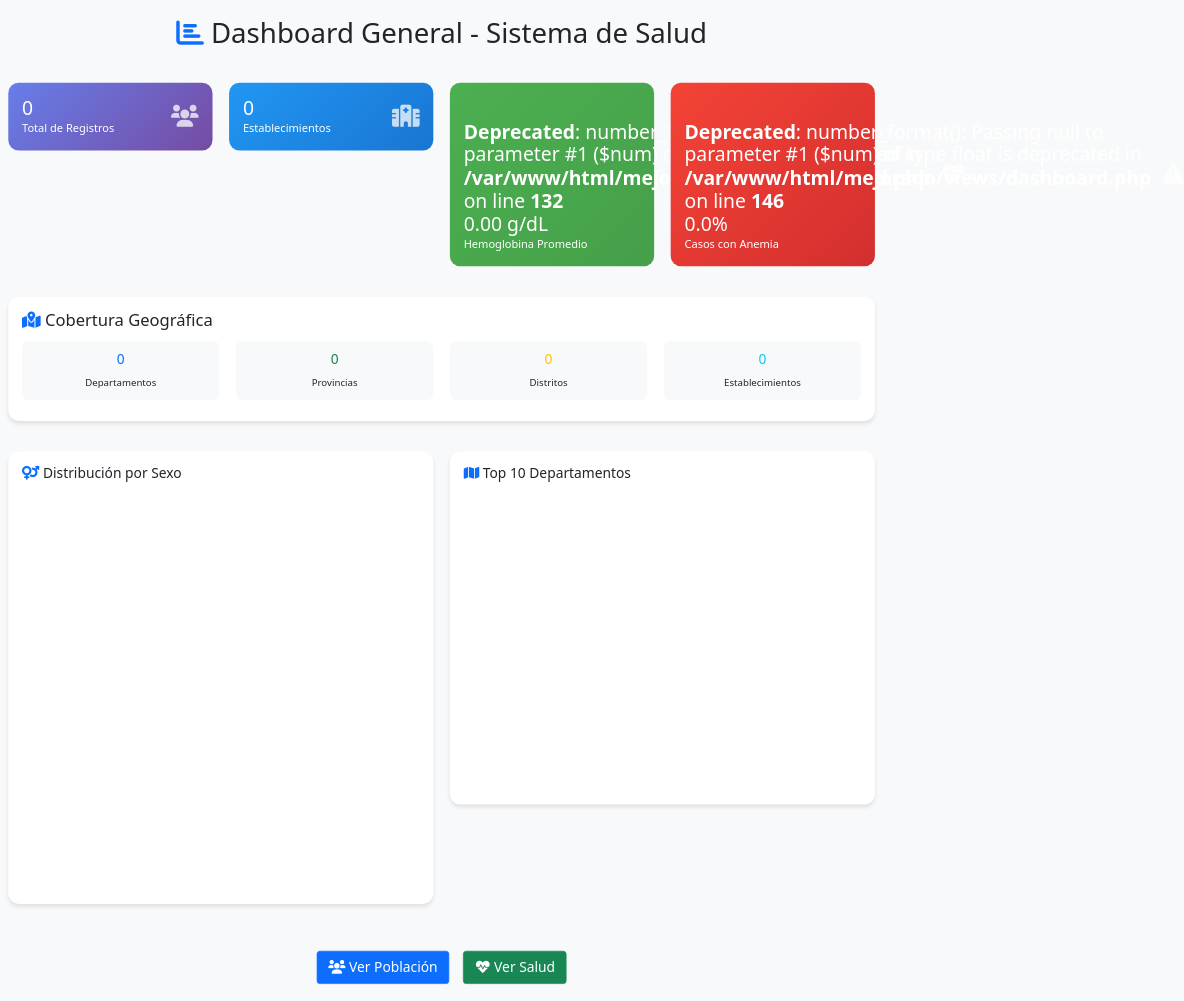
Repository: jayler10/datos_salud_peru
Page: http://localhost/mejorado/views/dashboard.php
The author's editor kept a copy of each file at every save. The page is drawn from the files as they stood at one save, then again after the next save.
The browser window is 1280 px wide. The page is 1716 px wide, then 1280 px, then 1716 px, so the pictures cover 1716 px, including what lies to the right of the window. The pictures show the whole page, at 69% of full size.
The page is run by PHP 8.4 with error messages shown; the project is at /var/www/html/. Queries for data that is not in the repository find no rows.

Above is the page before, as saved 2025-05-28 09:50:06.
Console error (its wording comes from the project's code and is left out).

After the next save:
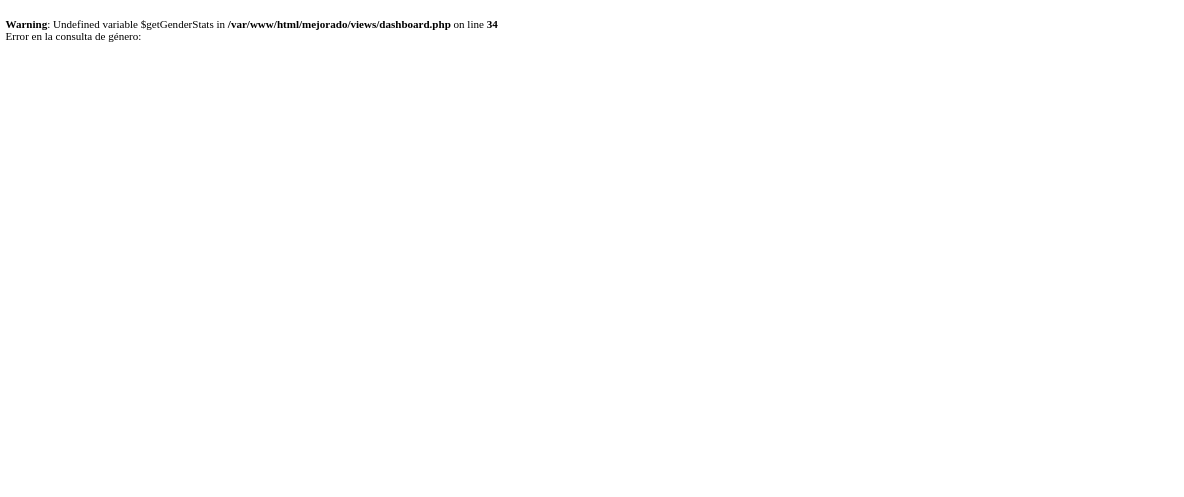
The error is gone.
Saved 119 s later.
--- a/mejorado/views/dashboard.php
+++ b/mejorado/views/dashboard.php
@@ -31,7 +31,7 @@
     $departmentData[] = $row;
     $count++;
 }
-if (!$genderStats) {
+if (!$getGenderStats) {
     die("Error en la consulta de género: " . $mysqli->error);
 }
 

After the save that followed:
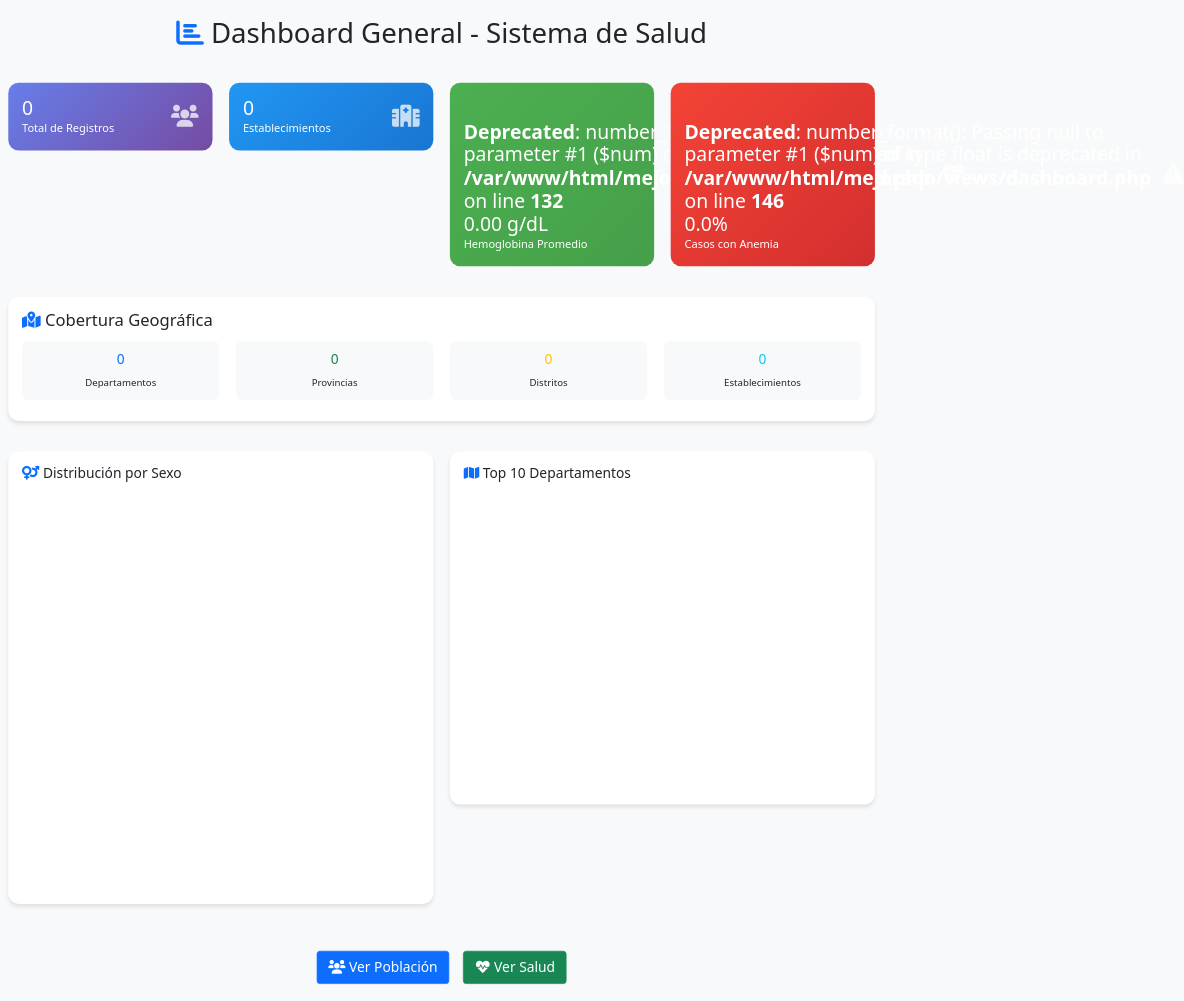
Console error (its wording comes from the project's code and is left out).
Saved 90 s later.
--- a/mejorado/views/dashboard.php
+++ b/mejorado/views/dashboard.php
@@ -31,7 +31,7 @@
     $departmentData[] = $row;
     $count++;
 }
-if (!$getGenderStats) {
+if (!$genderStats) {
     die("Error en la consulta de género: " . $mysqli->error);
 }
 
